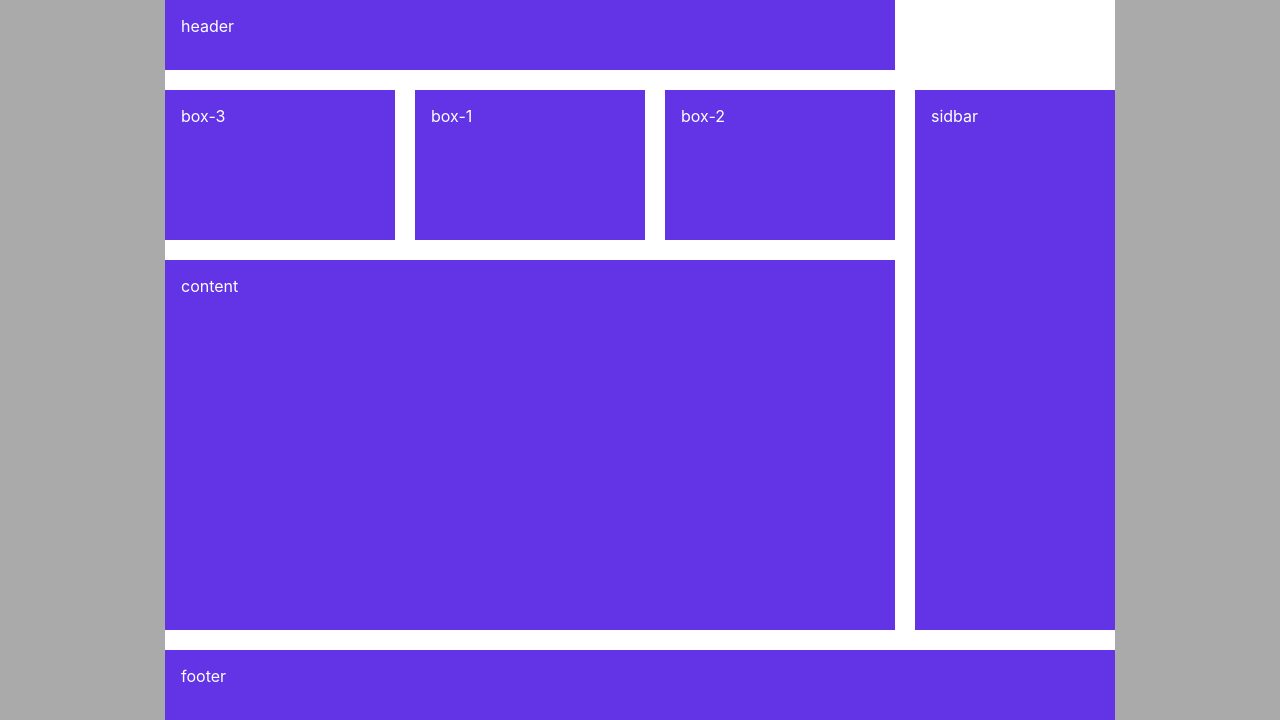
Repository: SD-Mdouka/project_step
Page: /
An editor plug-in stored every save of this project. The page is shown before and after the next save, followed by the edit.
The browser window is 1280 px wide. The pictures show the whole page.
The project was rebuilt for these pictures with package versions that can differ from the ones it lists, and the page was loaded fresh each time.

Above is the page before, as saved 2022-09-07 13:13:23.

### src/index.js
import React from "react";
import ReactDOM from "react-dom/client";
import "./index.css";
import App from "./Grid";
// import { AppBar, Toolbar, Typography } from "@material-ui/core";

const root = ReactDOM.createRoot(document.getElementById("root"));
root.render(
  <React.StrictMode>
    {/* <AppBar>
      <Toolbar>
        <Typography varient="h6">React app</Typography>
      </Toolbar>
    </AppBar> */}
    <App />
  </React.StrictMode>
);

### src/index.css
body {
    background-color: #aaa;
    margin: 0;
    font-family: -apple-system, BlinkMacSystemFont, "Segoe UI", "Roboto", "Oxygen", "Ubuntu", "Cantarell", "Fira Sans", "Droid Sans", "Helvetica Neue", sans-serif;
    -webkit-font-smoothing: antialiased;
    -moz-osx-font-smoothing: grayscale;
}

code {
    font-family: source-code-pro, Menlo, Monaco, Consolas, "Courier New", monospace;
}

.App-Project {
    margin-top: 50px;
    margin-inline: 40% !important;
}

.cirecle {
    width: 29px;
    height: 29px;
    line-height: 25px;
    background-color: blue;
    color: white;
    border-radius: 50%;
    -webkit-border-radius: 50%;
    -moz-border-radius: 50%;
    -ms-border-radius: 50%;
    -o-border-radius: 50%;
    border: 2px solid transparent;
    text-align: center;
    cursor: pointer;
    background-clip: padding-box;
    -webkit-background-clip: padding-box;
}

.stepsWrapp {
    display: flex;
    margin-bottom: 20px;
    text-align: center;
}

.stepeBlock {
    flex-grow: 1;
}

.stepeBlock .circleWrapper {
    padding: 0px 20px;
    position: relative;
}

.selected .cirecle {
    color: black;
    background-color: white;
    border: 1px solid blue;
}

.stepeBlock:not(:last-child)>.circleWrapper::after {
    content: "";
    width: 100%;
    height: 2px;
    position: absolute;
    top: 0px;
    bottom: 0px;
    background-color: blue;
    margin: auto;
    z-index: -1;
}

.stepeBlock:not(:last-child)>.circleWrapper::after {
    height: 3px;
    opacity: 1;
}

.stepeBlock:not(:last-child).selected>.circleWrapper::after,
.stepeBlock:not(:last-child).selected~.stepeBlock:not(:last-child)>.circleWrapper::after {
    height: 2px;
    opacity: 0.3;
}

.pages {
    margin: 0 40%;
}

.primaryBtn {
    padding: 10px 25px !important;
    background-color: blue !important;
    border: none !important;
    margin: 10px !important;
    color: white !important;
    border-radius: 4px !important;
    -webkit-border-radius: 4px !important;
    -moz-border-radius: 4px !important;
    -ms-border-radius: 4px !important;
    -o-border-radius: 4px !important;
    cursor: pointer !important;
}

### src/Grid.js
import React from "react";
import "./style-grid.css";

const Grid = () => {
  return (
    <div>
      <div className="container">
        <div className="header">header</div>
        <div className="box">box-1</div>
        <div className="box">box-2</div>
        <div className="box">box-3</div>
        <div className="sidebar">sidbar</div>
        <div className="content">content</div>
        <div className="footer">footer</div>
      </div>
    </div>
  );
};
export default Grid;

### src/style-grid.css
.container {
    background-color: #fff;
    min-height: 100vh;
    width: 950px;
    margin: 0 auto;
    display: grid;
    grid-template-columns: repeat(3, 1fr) 200px;
    grid-template-rows: 70px 150px 1fr 70px;
    grid-gap: 20px;
    grid-template-areas: "header header header ." "box-1 box-2 box-3 sidebar" "content content content sidebar" "footer footer footer footer";
}

.container>* {
    color: #fff;
    background-color: rgb(99, 51, 230);
    padding: 1rem;
}

.box {
    grid-area: box-1;
}

.box:nth-child(2) {
    grid-area: box-2;
}

.box:nth-child(3) {
    grid-area: box-3;
}

.header {
    /* grid-row: 1/2;
    grid-column: 1/-1; */
    grid-area: header;
}

.sidebar {
    /* grid-row: 2/-2;
    grid-column: -2/-1; */
    grid-area: sidebar;
}

.content {
    /* grid-row: 3/4;
    grid-column: 1/-2; */
    grid-area: content;
}

.footer {
    /* grid-row: -2/-1;
    grid-column: 1/-1; */
    grid-area: footer;
}

Loaded but not shown: public/index.html (common file)

After the next save:
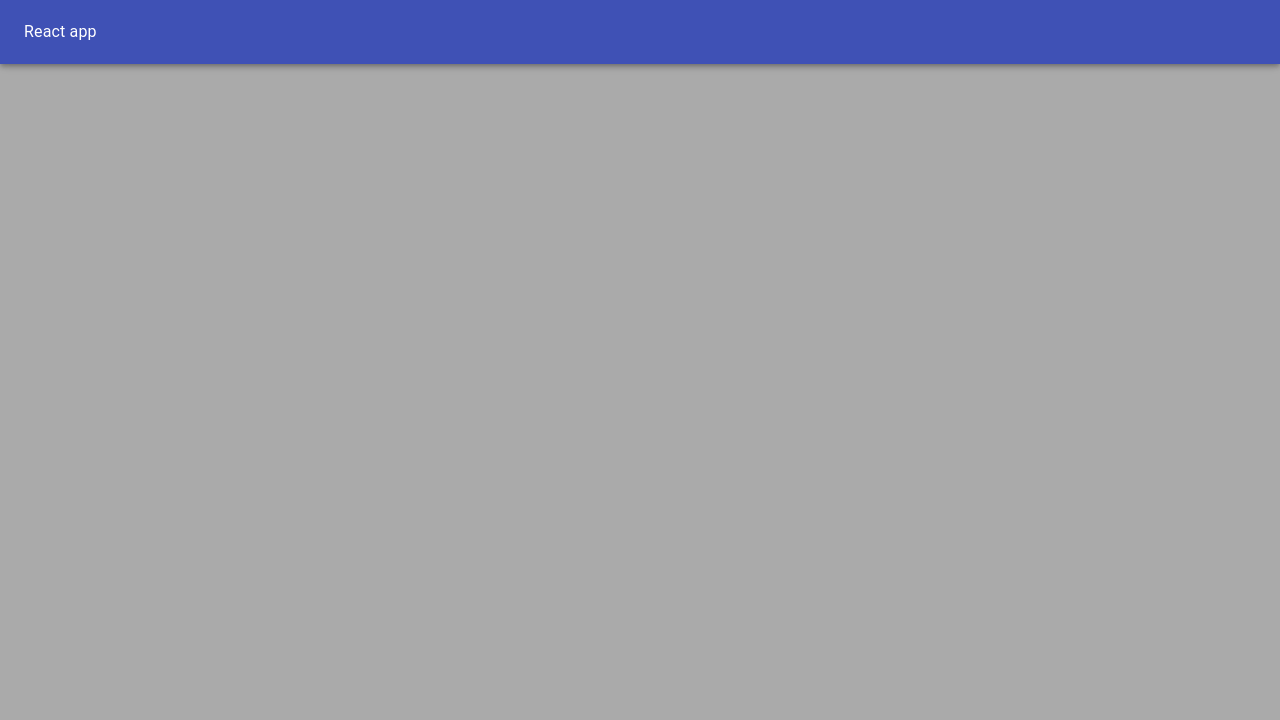
Saved 39 days later.
--- a/src/index.js
+++ b/src/index.js
@@ -2,16 +2,16 @@ import React from "react";
 import ReactDOM from "react-dom/client";
 import "./index.css";
 import App from "./Grid";
-// import { AppBar, Toolbar, Typography } from "@material-ui/core";
+import { AppBar, Toolbar, Typography } from "@material-ui/core";
 
 const root = ReactDOM.createRoot(document.getElementById("root"));
 root.render(
   <React.StrictMode>
-    {/* <AppBar>
+    <AppBar>
       <Toolbar>
         <Typography varient="h6">React app</Typography>
       </Toolbar>
-    </AppBar> */}
-    <App />
+    </AppBar>
+    {/* <App /> */}
   </React.StrictMode>
 );
